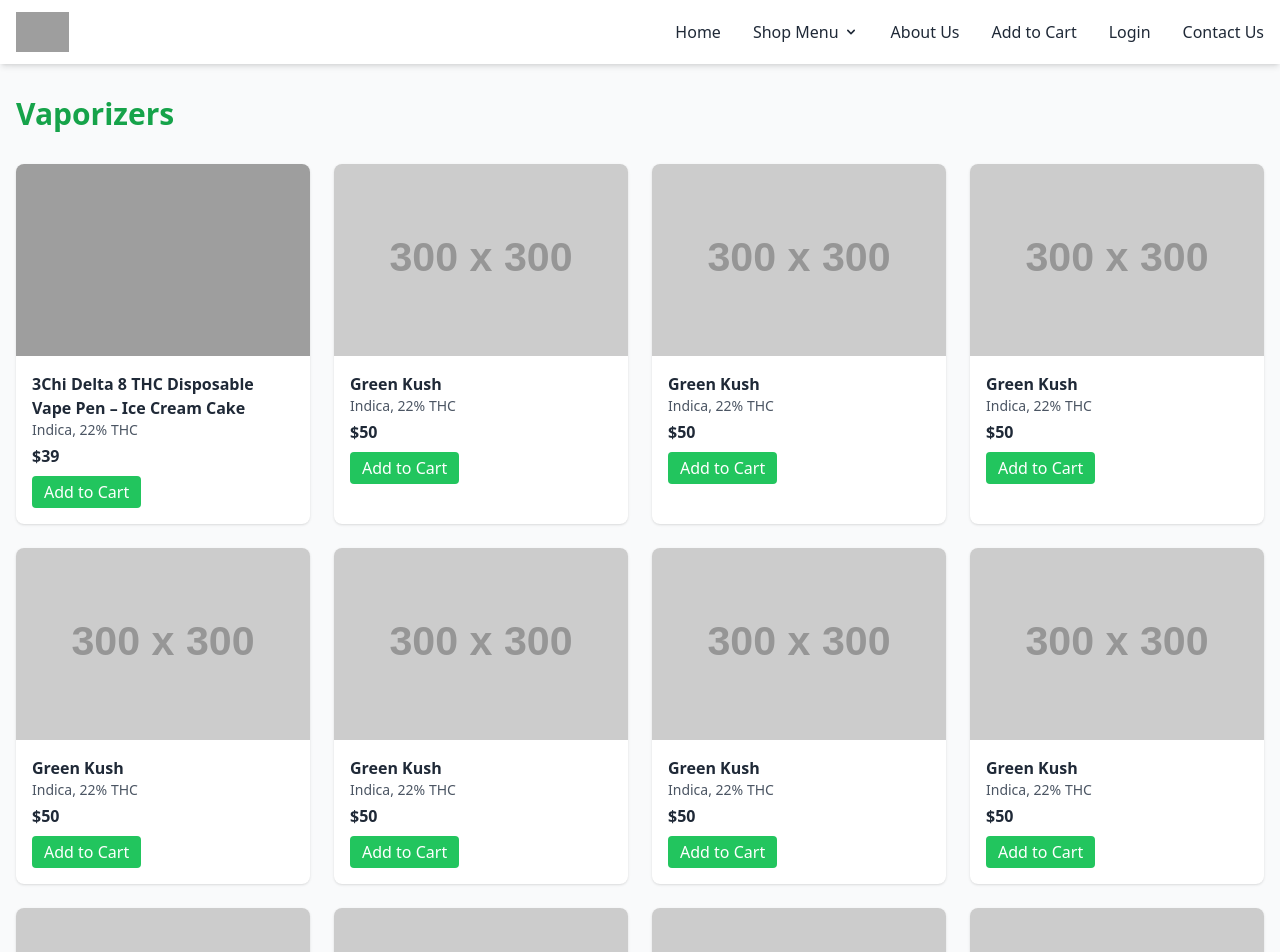
Repository: faryalsaleem50/greencare-cannabis
Page: vaporizers.html
The author's editor kept a copy of each file at every save. The page is drawn from the files as they stood at one save, then again after the next save.
The browser window is 1280 px wide. The pictures show the part of the page from y = 0 to 952 px (the page is 2300 px tall before and 2420 px after).
Pictures or frames that could not be fetched are drawn as grey boxes. A picture or video elsewhere on the page could not be fetched, so the positions and the page height are approximate. Some web libraries are served in a nearby version.

Above is the page before, as saved 2026-02-11 15:55:33.

After the next save:
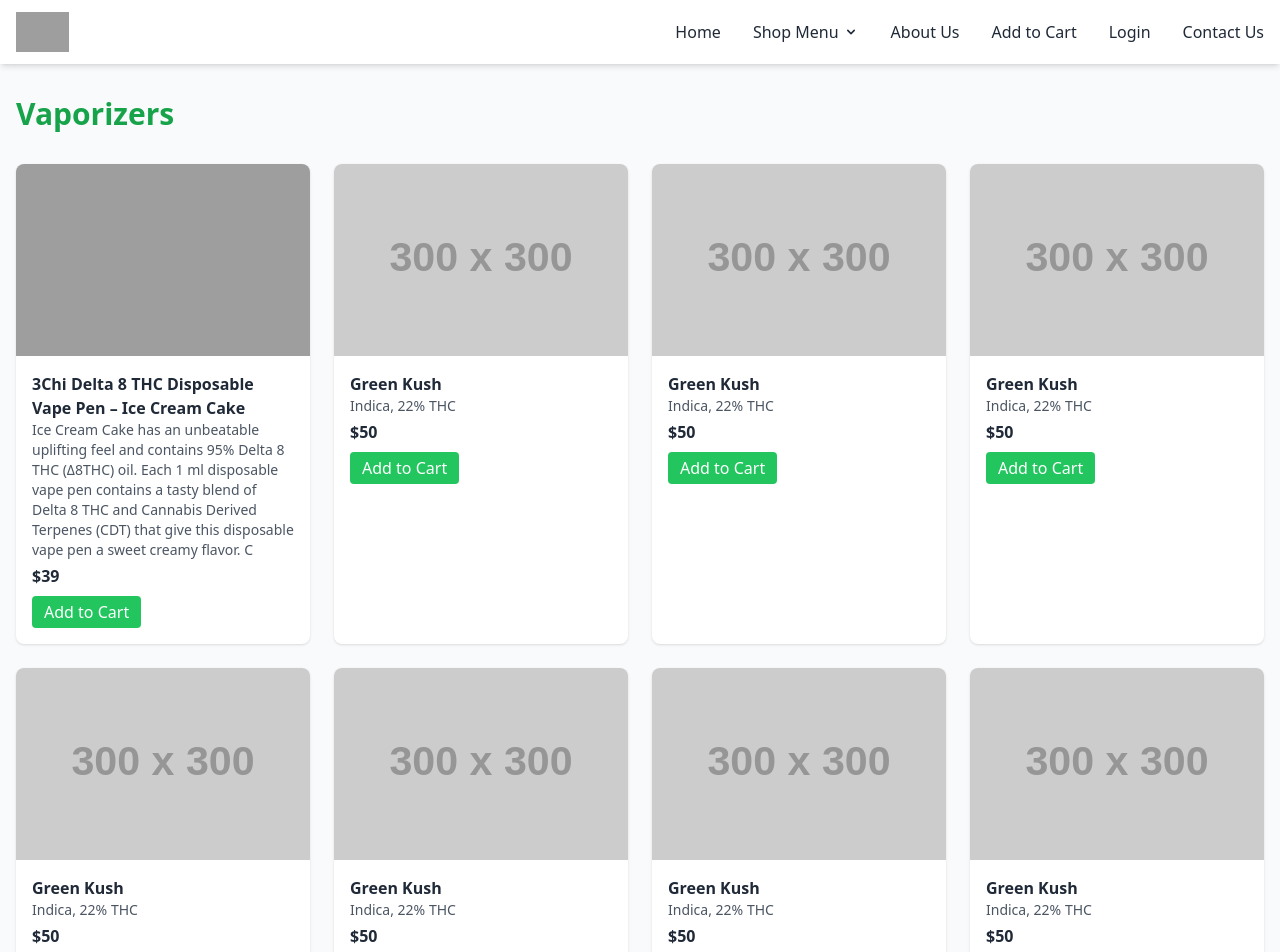
Saved 9 s later.
--- a/vaporizers.html
+++ b/vaporizers.html
@@ -110,7 +110,9 @@
         <div class="p-4">
           <h3 class="font-semibold">3Chi Delta 8 THC Disposable Vape Pen – Ice Cream Cake
 </h3>
-          <p class="text-sm text-gray-600">Indica, 22% THC</p>
+          <p class="text-sm text-gray-600">Ice Cream Cake has an unbeatable uplifting feel and contains 95% Delta 8 THC (Δ8THC) oil. Each 1 ml disposable vape pen contains a tasty blend of Delta 8 THC and Cannabis Derived Terpenes (CDT) that give this disposable vape pen a sweet creamy flavor.
+
+C</p>
           <p class="font-bold mt-1">$39</p>
           <button class="mt-2 bg-primary text-white px-3 py-1 rounded hover:bg-secondary transition add-to-cart">
             Add to Cart
